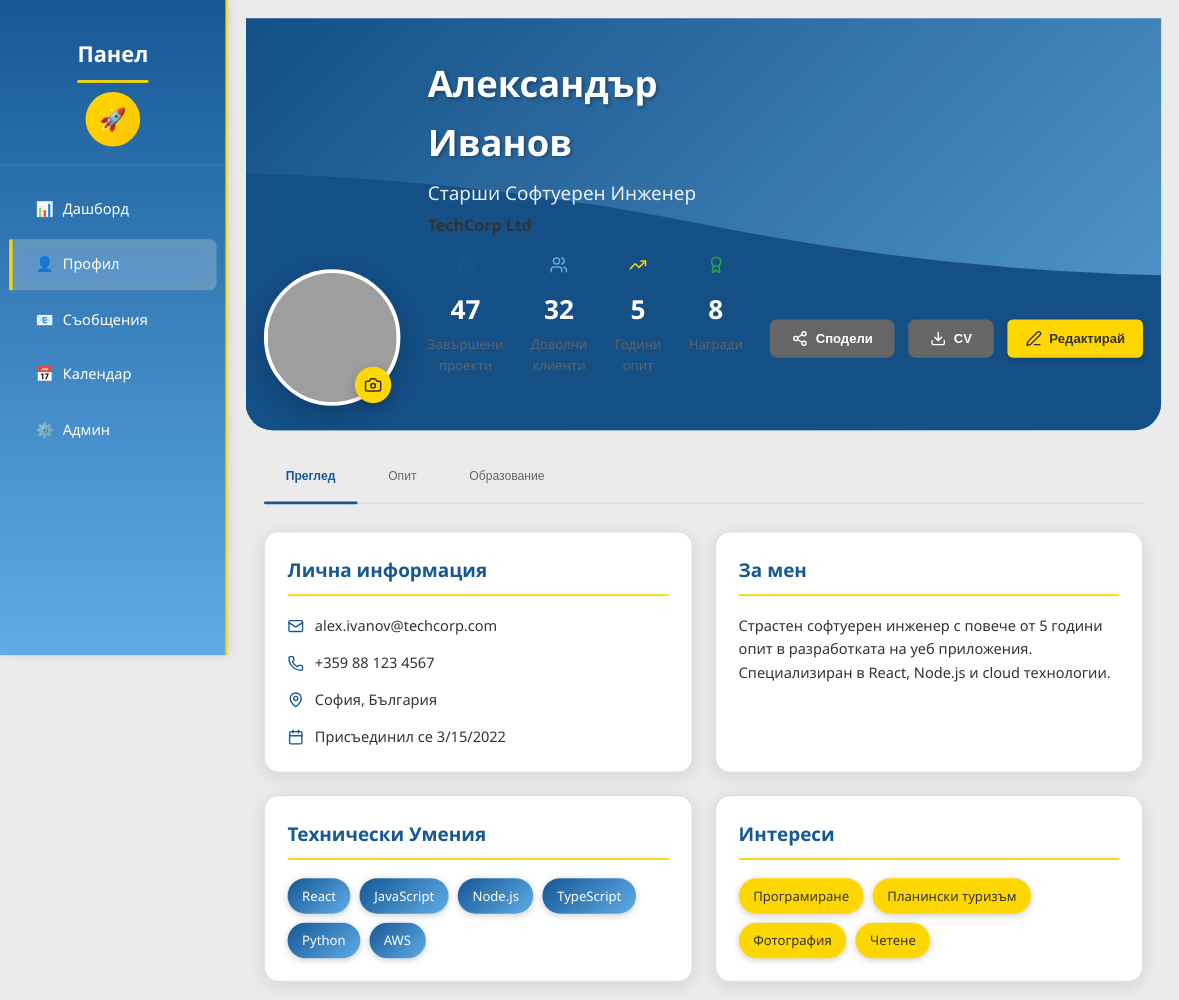
Repository: BorisSavianov/doxa-frontend
Page: /profile
These files come from the project's save history. The page is drawn as it stood at one moment and after the next save; the edit follows.
The browser window is 1280 px wide. The page is 1296 px wide, so the pictures cover 1296 px, including what lies to the right of the window. The pictures show the whole page, at 91% of full size.
Pictures or frames that could not be fetched are drawn as grey boxes. The project was rebuilt for these pictures with package versions that can differ from the ones it lists, and the page was loaded fresh each time. Also part of the build but not shown: vite.config.js, src/components/Layout/Header.jsx, src/components/Charts/SimpleChart.jsx, src/pages/Dashboard.jsx, src/pages/Inbox.css, src/pages/Inbox.jsx, src/pages/Calendar.jsx, src/pages/Admin.jsx.

Above is the page before, as saved 2025-10-24 13:31:19.

After the next save:
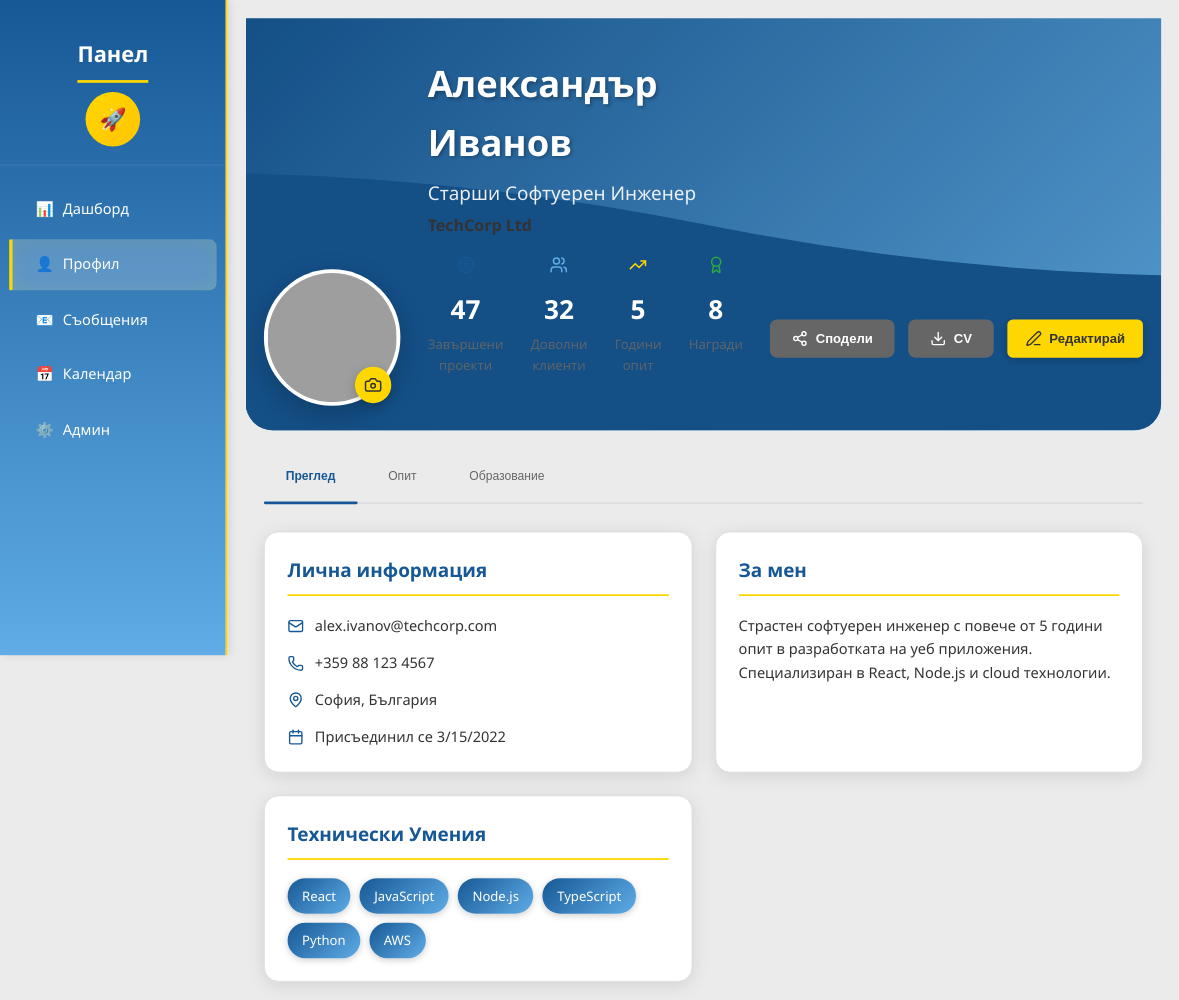
Saved 42 s later.
--- a/src/pages/Profile.jsx
+++ b/src/pages/Profile.jsx
@@ -292,22 +292,7 @@ const Profile = () => {
                   </div>
 
                   {/* Interests Card */}
-                  <div className="info-card">
-                    <h3>{t('Интереси', 'Interests')}</h3>
-                    <div className="interests-list">
-                      {profile.interests.map((interest, index) => (
-                        <motion.span
-                          key={interest}
-                          className="interest-tag"
-                          initial={{ scale: 0 }}
-                          animate={{ scale: 1 }}
-                          transition={{ delay: index * 0.1 }}
-                        >
-                          {interest}
-                        </motion.span>
-                      ))}
-                    </div>
-                  </div>
+
                 </div>
               </motion.div>
             )}
